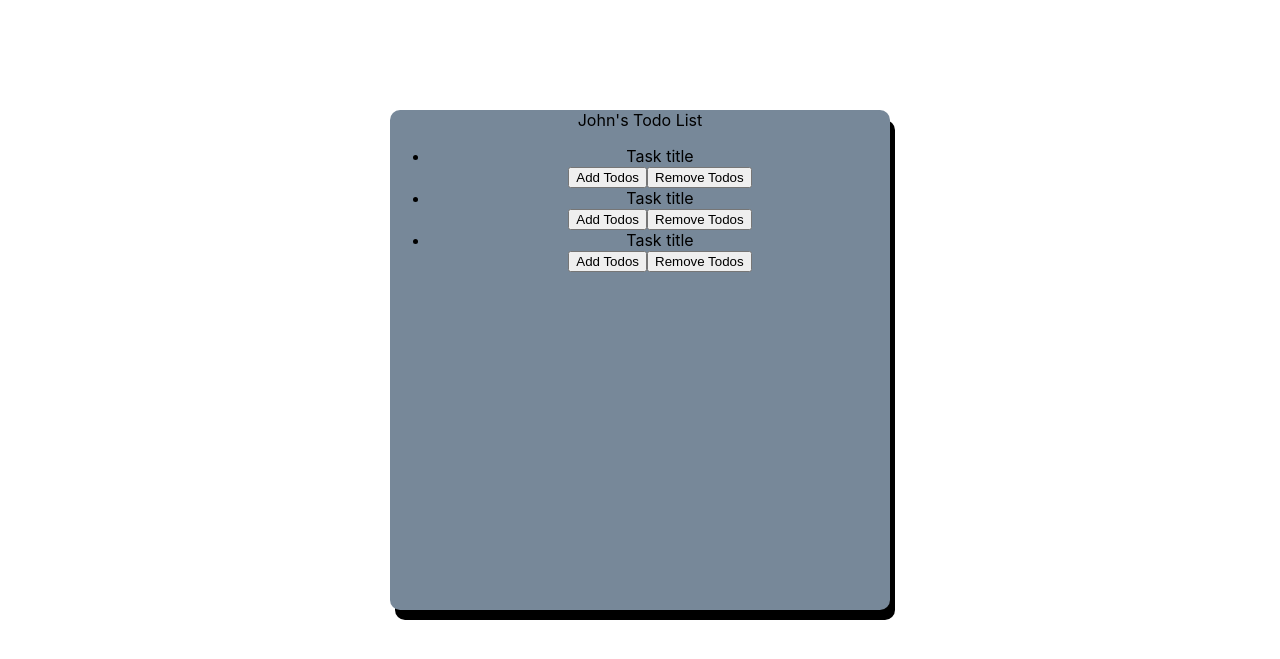
Repository: JohnKang0720/Simple-Todo-List
Page: /
An editor plug-in stored every save of this project. The page is shown before and after the next save, followed by the edit.
The browser window is 1280 px wide. The pictures show the whole page.
The project was rebuilt for these pictures with package versions that can differ from the ones it lists, and the page was loaded fresh each time.

Above is the page before, as saved 2021-05-24 21:18:49.

### src/App.js
import logo from './logo.svg';
import './App.css';
import TodoList from './TodoList'
import {taskContext} from './TodoList'
import React, {useContext, useState} from 'react'
import Todoform from './Todoform';


function App() {

  return (
    <TodoList >

    <div className="App">
     John's Todo List
   <Todoform />
    </div>
    </TodoList>

  );
}

export default App;

### src/App.css
.App {
  text-align: center;
}

.App-logo {
  height: 40vmin;
  pointer-events: none;
}

@media (prefers-reduced-motion: no-preference) {
  .App-logo {
    animation: App-logo-spin infinite 20s linear;
  }
}

.App-header {
  background-color: #282c34;
  min-height: 100vh;
  display: flex;
  flex-direction: column;
  align-items: center;
  justify-content: center;
  font-size: calc(10px + 2vmin);
  color: white;
}

.App-link {
  color: #61dafb;
}
body,html{
  width: 100%;
  height: 100%;
  display: flex;
  align-items: center;
  justify-content:center;
}
.App{
  background: lightslategray;
  width: 500px;
  height: 500px;
  position: relative;
  border-radius: 10px;
  box-shadow: 5px 10px;


}

@keyframes App-logo-spin {
  from {
    transform: rotate(0deg);
  }
  to {
    transform: rotate(360deg);
  }
}

### src/TodoList.js
import React, {useState, createContext} from 'react'
import Todoform from './Todoform'

export const taskContext = createContext(null)
const TodoList = (props) => {

 const [input, setInput] = useState([
  {task: "Read", id: 1},
  {task: "Dishes", id: 2},
  {task: "HW", id: 3}
 ])

 return(
    <taskContext.Provider value = {{input}}>
    {props.children}
    </taskContext.Provider>
 )
}

export default TodoList

### src/Todoform.js
import React, {useContext} from 'react'
import {taskContext} from './TodoList'
import List from './List'
function Todoform() {
    const {input} = useContext(taskContext)
    return (

        <ul>
            {input.map((task) => {
            return (

            <List />


            )
            })}
        </ul>

    )
}

export default Todoform

### src/List.js
import React from 'react'

function List() {
    return (
        <li>
            <span> Task title</span>
            <div>
                <button> Add Todos </button>
                <button> Remove Todos </button>
            </div>
        </li>

    )
}

export default List

Loaded but not shown: public/index.html (common file); src/index.js (common file); src/index.css (common file); src/reportWebVitals.js (common file)

After the next save:
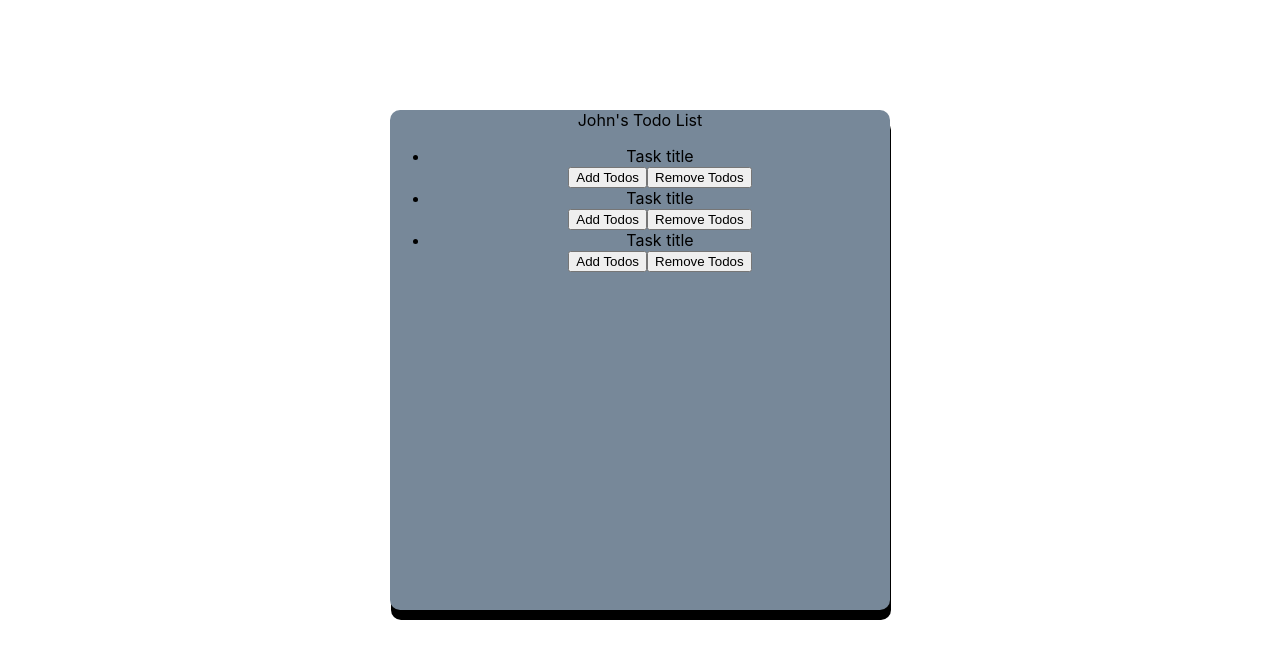
Saved 10 s later.
--- a/src/App.css
+++ b/src/App.css
@@ -40,7 +40,7 @@ body,html{
   height: 500px;
   position: relative;
   border-radius: 10px;
-  box-shadow: 5px 10px;
+  box-shadow: 1px 10px;
 
 
 }
